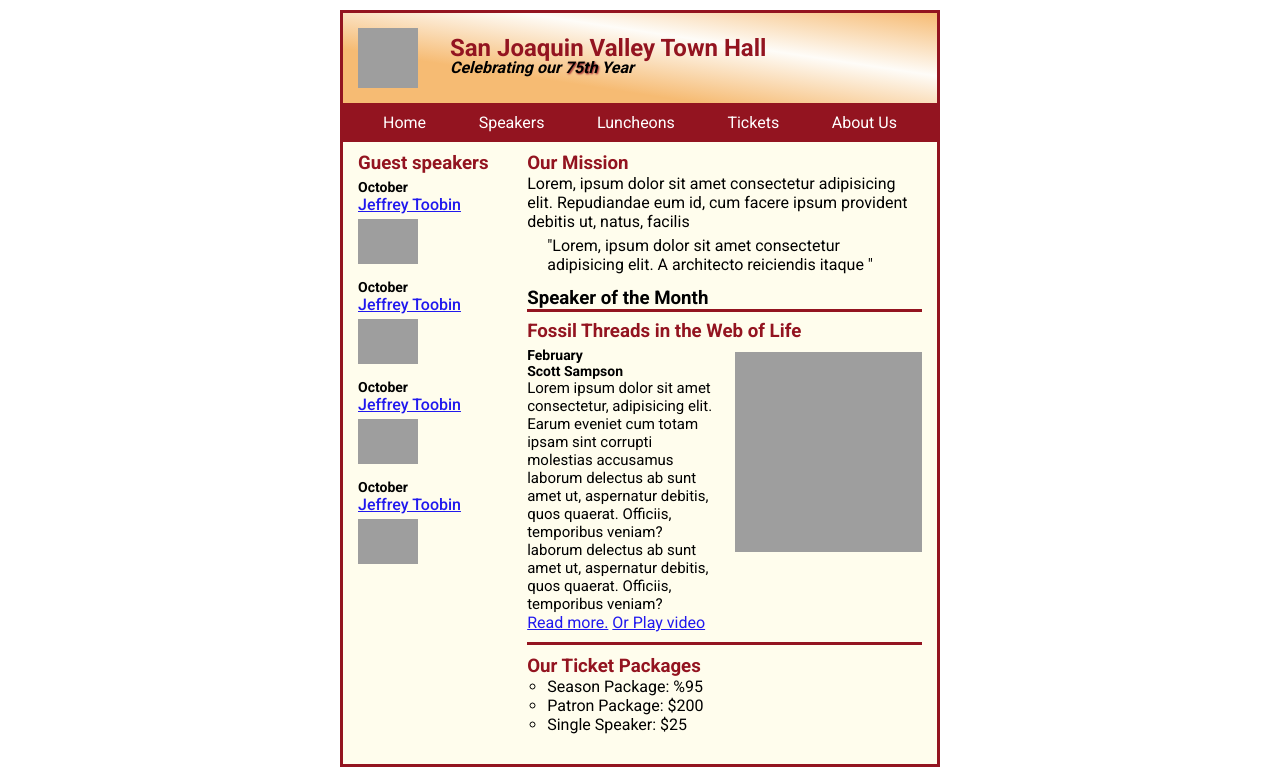
Repository: Mannj-nef/ex-5-6-7-8_IvVettech
Page: index.html
An editor plug-in stored every save of this project. The page is shown before and after the next save, followed by the edit.
The browser window is 1280 px wide. The pictures show the whole page.
Pictures or frames that could not be fetched are drawn as grey boxes.

Above is the page before, as saved 2022-03-24 23:11:31.

After the next save:
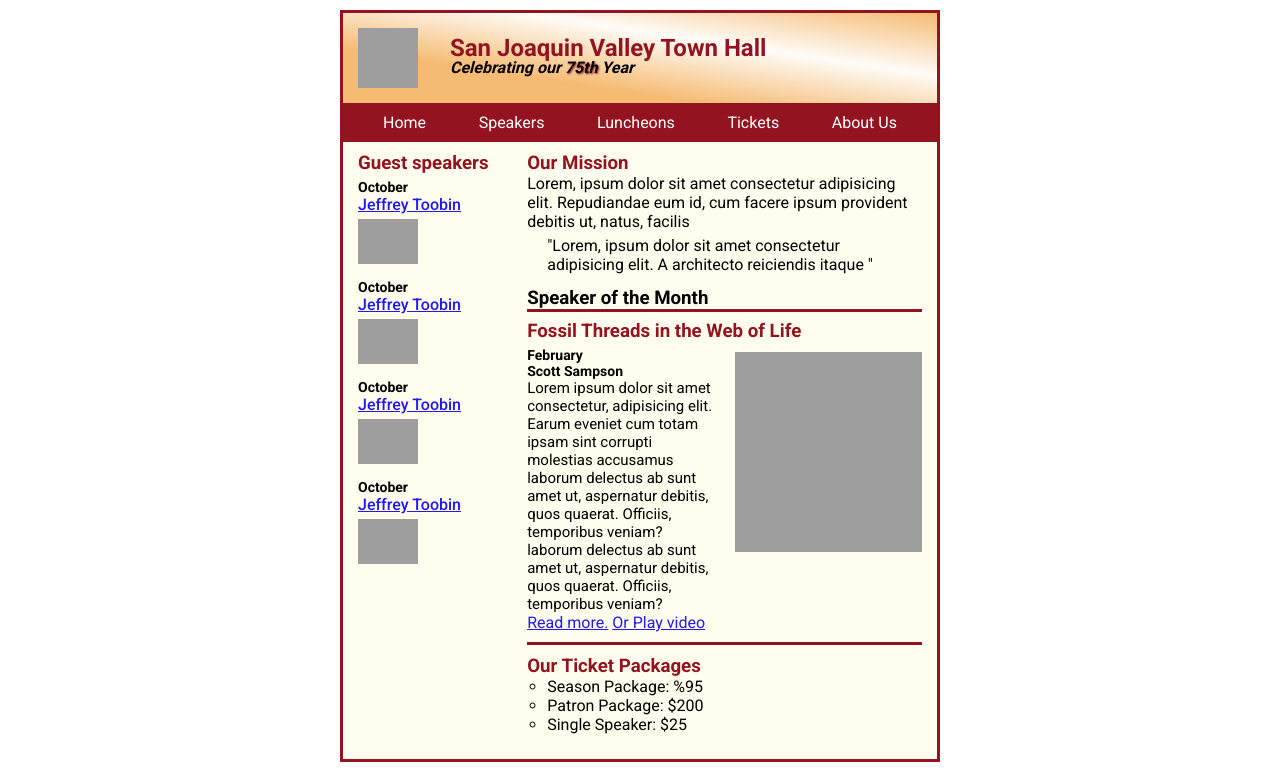
Saved 16 s later.
--- a/Asset/style.css
+++ b/Asset/style.css
@@ -160,7 +160,7 @@ html {
   height: 100%;
 }
 .content-right__foot {
-  margin: 10px 0 20px;
+  margin: 10px 0 15px;
 }
 .content-right__foot-list {
   list-style: circle;
